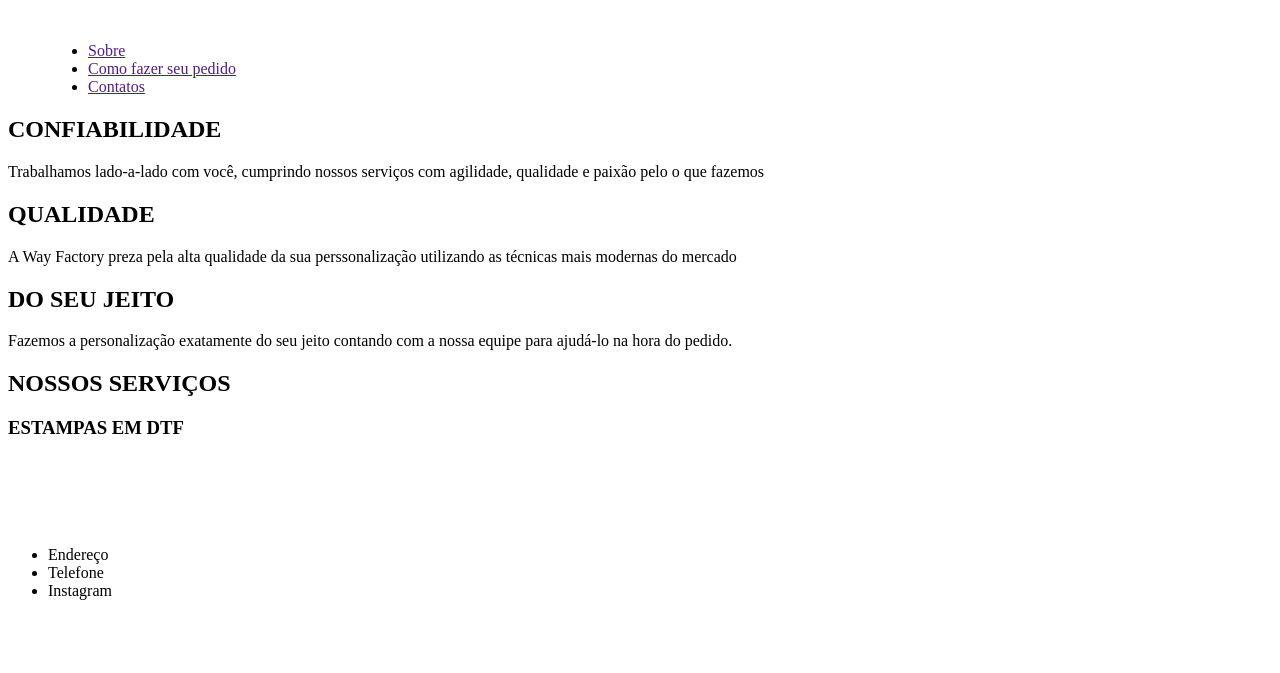
Repository: Leonngc/way-factory
Page: index.html
These files come from the project's save history. The page is drawn as it stood at one moment and after a run of saves; the edit follows.
The browser window is 1280 px wide. The pictures show the whole page.
Some icons come from a web library that is not loaded, so they are not drawn.

Above is the page before, as saved 2023-02-07 20:06:21.

After the next 3 saves:
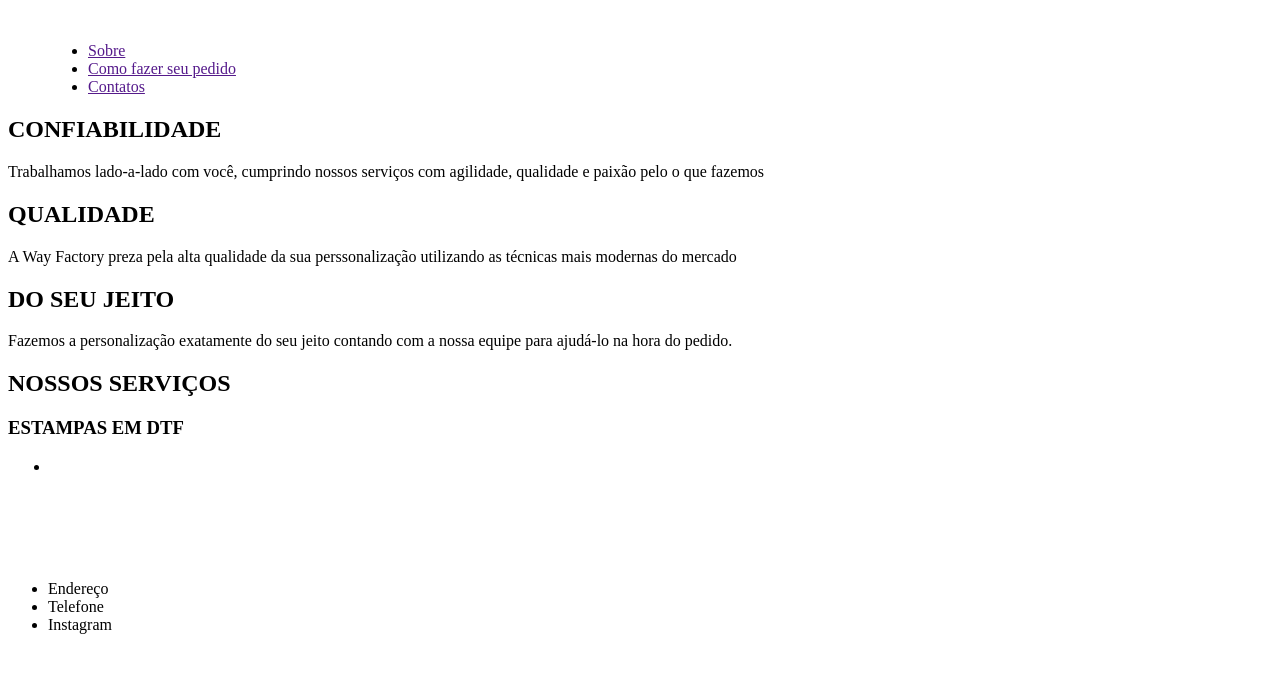
The 3 saves are shown as one change because they came seconds apart.
The last was saved 25 s later.
--- a/index.html
+++ b/index.html
@@ -55,7 +55,11 @@
         <h2>NOSSOS SERVIÇOS</h2>
         <div>
             <h3>ESTAMPAS EM DTF</h3>
-            <legend></legend>
+            <legend>
+                <ul>
+                    <li></li>
+                </ul>
+            </legend>
           <img src="" alt="" />
 
         </div>
